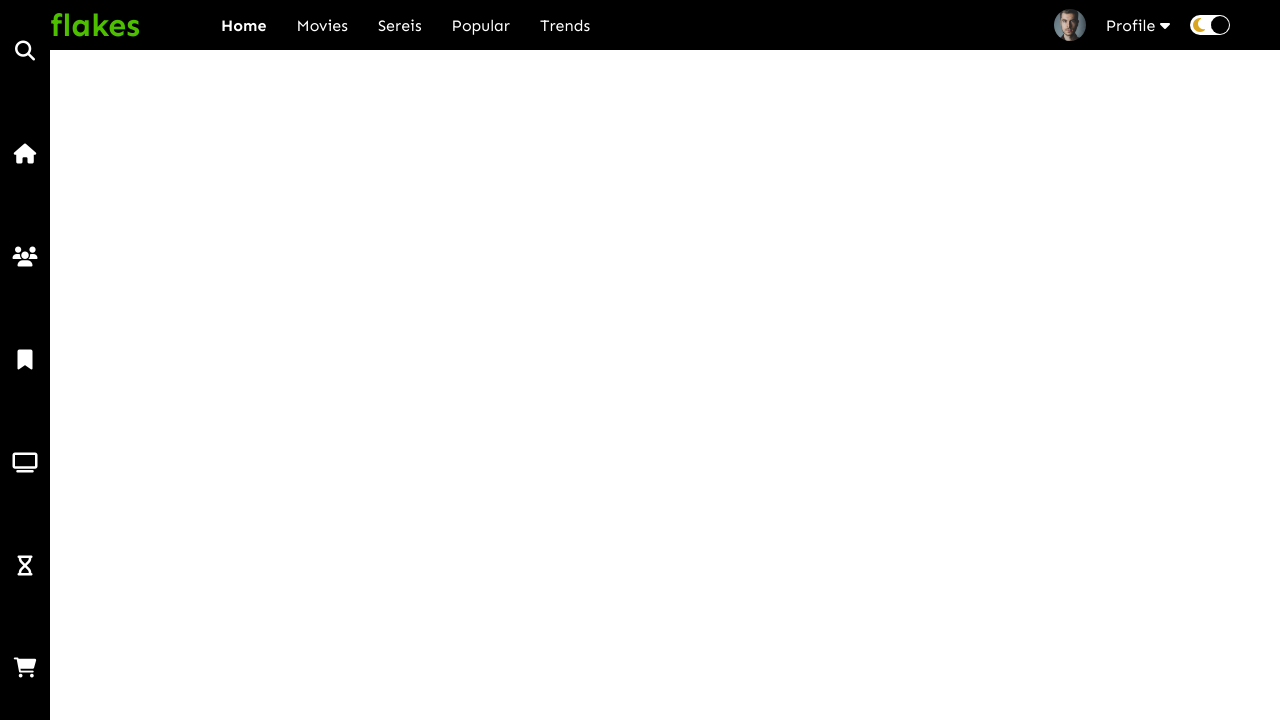
Repository: JulyK9/Movie-Website
Page: index.html
These files come from the project's save history. The page is drawn as it stood at one moment and after a run of saves; the edit follows.
The browser window is 1280 px wide. The pictures show the whole page.
Some web libraries are served in a nearby version.

Above is the page before, as saved 2022-07-03 22:16:45.

### index.html
<!DOCTYPE html>
<html lang="en">
<head>
    <meta charset="UTF-8">
    <meta http-equiv="X-UA-Compatible" content="IE=edge">
    <meta name="viewport" content="width=device-width, initial-scale=1.0">
    <title>Movie design</title>
    <link rel="stylesheet" href="style.css">

    <link rel="preconnect" href="https://fonts.googleapis.com">
    <link rel="preconnect" href="https://fonts.gstatic.com" crossorigin>
    <link href="https://fonts.googleapis.com/css2?family=Roboto:wght@100;300;400;500;700;900&family=Sen:wght@400;700;800&display=swap" rel="stylesheet">
    <link rel="stylesheet" href="https://cdnjs.cloudflare.com/ajax/libs/font-awesome/6.1.1/css/all.min.css">
</head>

<body>
    <nav class="navbar">
        <div class="navbar-container">
            <div class="logo-container"><h1 class="logo">flakes</h1></div>
            <div class="menu-container">
                <ul class="menu-list">
                    <li class="menu-list-item active">Home</li>
                    <li class="menu-list-item">Movies</li>
                    <li class="menu-list-item">Sereis</li>
                    <li class="menu-list-item">Popular</li>
                    <li class="menu-list-item">Trends</li>
                </ul>
            </div>
            <div class="profile-container">
                <img class="profile-picture" src="./img/profile.jpg" alt="profile">
                <div class="profile-text-container">
                    <span class="profile-text">Profile</span>
                    <i class="fa-solid fa-caret-down"></i>
                </div>
                <div class="toggle">
                    <i class="fa-solid fa-moon toggle-icon"></i>
                    <i class="fa-solid fa-sun toggle-icon"></i>
                    <div class="toggle-ball"></div>
                </div>
            </div>
        </div>
    </nav>
    <div class="sidebar">
        <i class="fa-solid fa-magnifying-glass"></i>
        <i class="fa-solid fa-house"></i>
        <i class="fa-solid fa-users"></i>
        <i class="fa-solid fa-bookmark"></i>
        <i class="fa-solid fa-tv"></i>
        <i class="fa-solid fa-hourglass"></i>
        <i class="fa-solid fa-cart-shopping"></i>
    </div>

</body>

</html>

### style.css
* {
    box-sizing: border-box;
    margin: 0;
    text-decoration: none;
    list-style: none;
}

body {
    font-family: 'Roboto', sans-serif;
    /* overflow: hidden; */
}

.navbar {
    width: 100%;
    height: 50px;
    background-color: black;
}

.navbar-container {
    height: 100%;
    display: flex;
    align-items: center;
    padding: 0 50px;
    color: white;
    font-family: 'Sen', sans-serif;
}

.logo-container {
    flex: 1;
}

.logo {
    font-size: 2rem;
    color: #4dbf00;
}

.menu-container {
    flex: 6;
}

.menu-list {
    display: flex;
    align-items: center;
}

.menu-list-item {
    margin-right: 30px;   /* item 간 간격 조정 */
}

.menu-list-item.active {  /* class 를 2개 부여해서 선택해 줌 */
    font-weight: bold;
}

.profile-container {
    flex: 2;
    display: flex;
    align-items: center;
    justify-content: flex-end;
}

.profile-picture {
    width: 32px;
    height: 32px;
    border-radius: 50%;
    object-fit: cover;   /* 가로세로 비율은 유지하면서 컨텐이너에 꽉 차게 설정 */
}

.toggle {
    width: 40px;
    height: 20px;
    background-color: white;
    border-radius: 30px;
    display: flex;
    justify-content: space-around;
    align-items: center;
    position: relative;  /* toggle-ball을 toggle내에서 움직이도록 설정 */
}

.toggle-icon {
    color: goldenrod;
}

.toggle-ball {
    width: 18px;
    height: 18px;
    background-color: black;
    border-radius: 50%;
    position: absolute;  /* 독립적이고 자유로운 배치권한 부여 */
    right: 1px;
    cursor: pointer;
}

.profile-text-container {
    margin: 0 20px;
}

.sidebar {
    width: 50px;
    height: 100%;
    background-color: black;
    position: fixed;   /* 스크롤바 생기는 부분 제거 및 사이드바 고정 */
    top: 0;     /* 사이드바 상단 고정 */
    color: white;
    font-size: 20px;
    display: flex;
    flex-direction: column;
    justify-content: space-around;
    align-items: center;
}

After the next 2 saves:
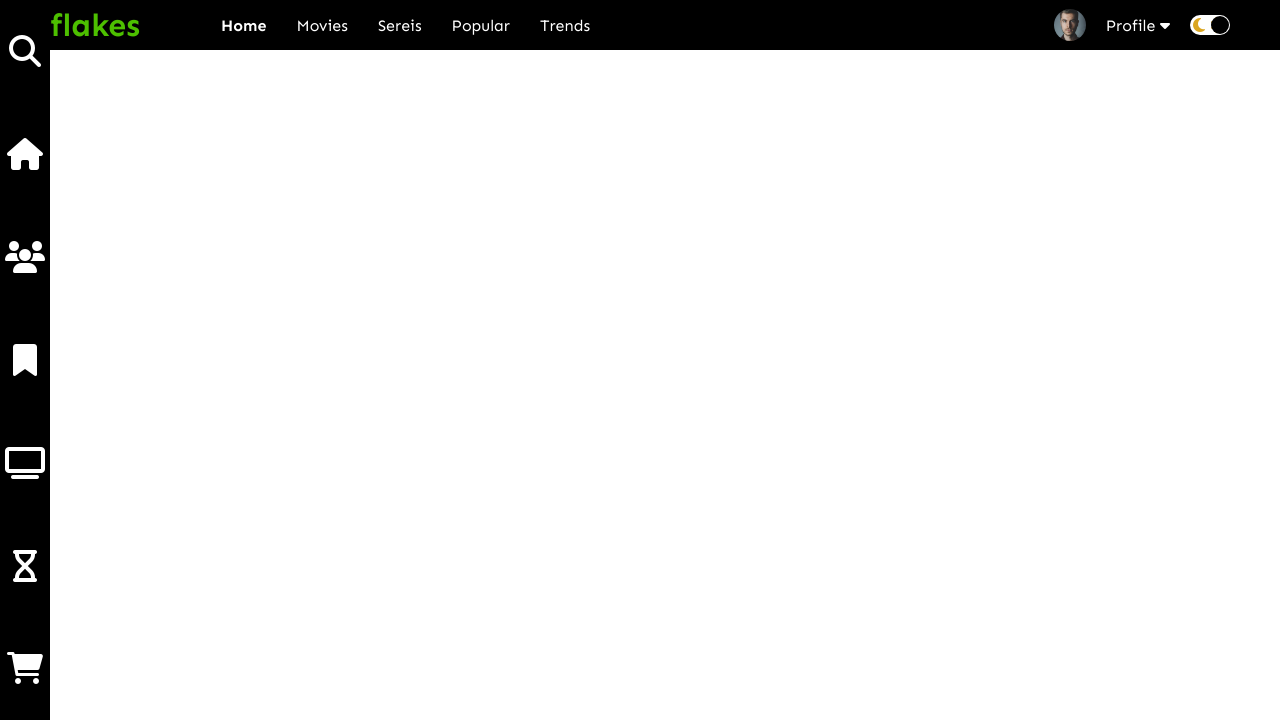
The 2 saves are shown as one change because they came seconds apart.
The last was saved 23 s later.
--- a/style.css
+++ b/style.css
@@ -101,7 +101,7 @@ body {
     position: fixed;   /* 스크롤바 생기는 부분 제거 및 사이드바 고정 */
     top: 0;     /* 사이드바 상단 고정 */
     color: white;
-    font-size: 20px;
+    font-size: 2rem;
     display: flex;
     flex-direction: column;
     justify-content: space-around;
